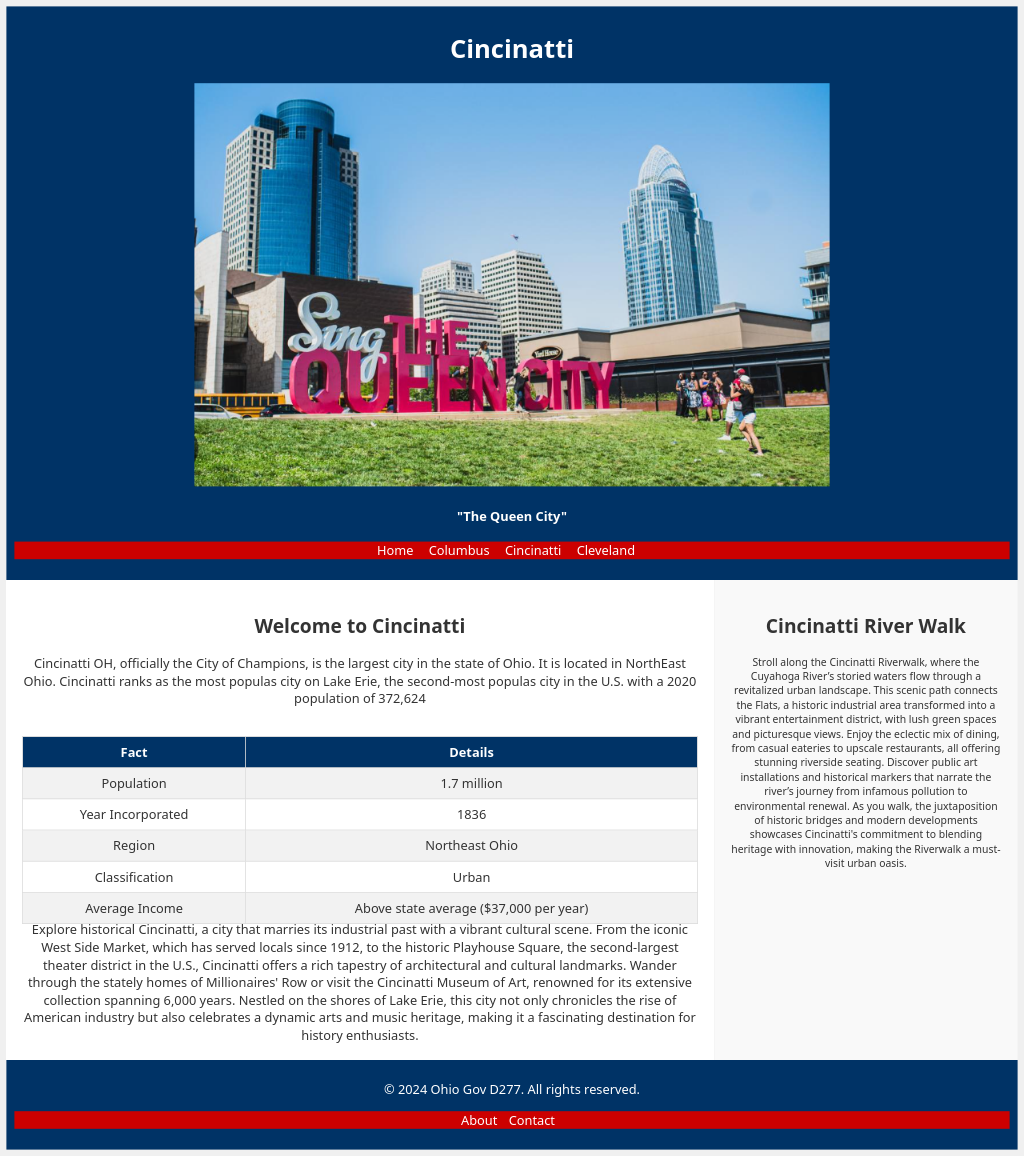
Repository: MikeeBuilds/FEWD-task1
Page: cincinatti.html
The author's editor kept a copy of each file at every save. The page is drawn from the files as they stood at one save, then again after the next save.
The browser window is 1280 px wide. The pictures show the whole page, at 80% of full size.

Above is the page before, as saved 2024-07-02 20:06:29.

After the next save:
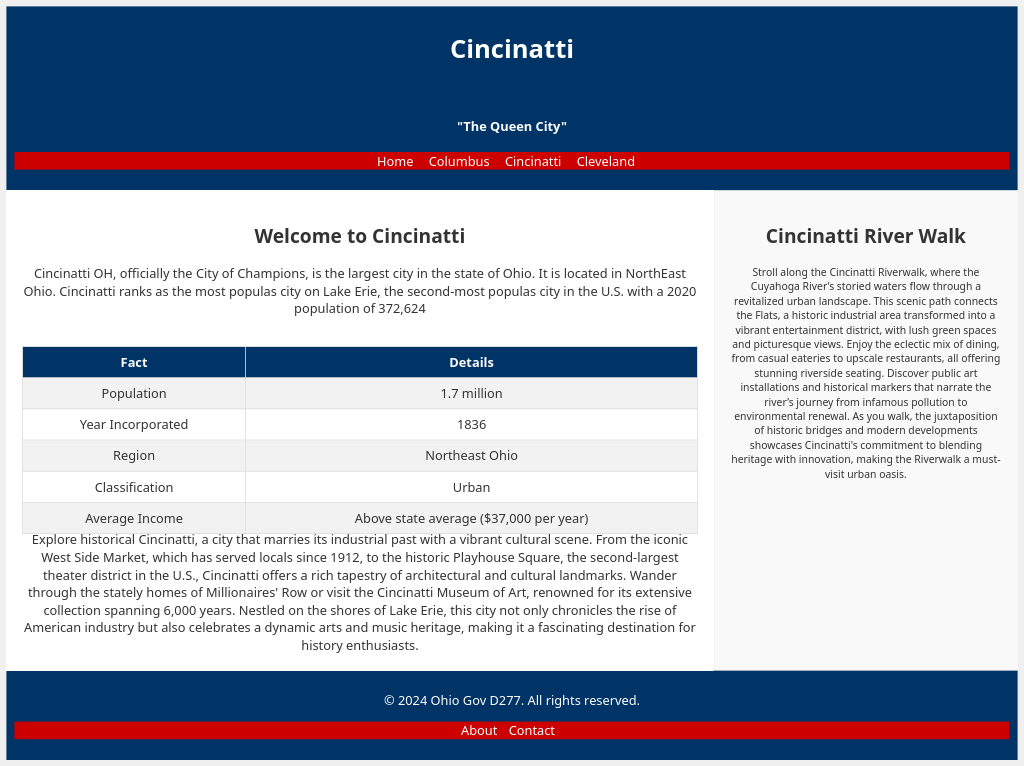
Saved 28 s later.
--- a/style.css
+++ b/style.css
@@ -173,7 +173,7 @@
     height: auto;
 }
 
-#cincinnati {
+#cincinatti {
     width: 0%;
     height: auto;
 }

After the save that followed:
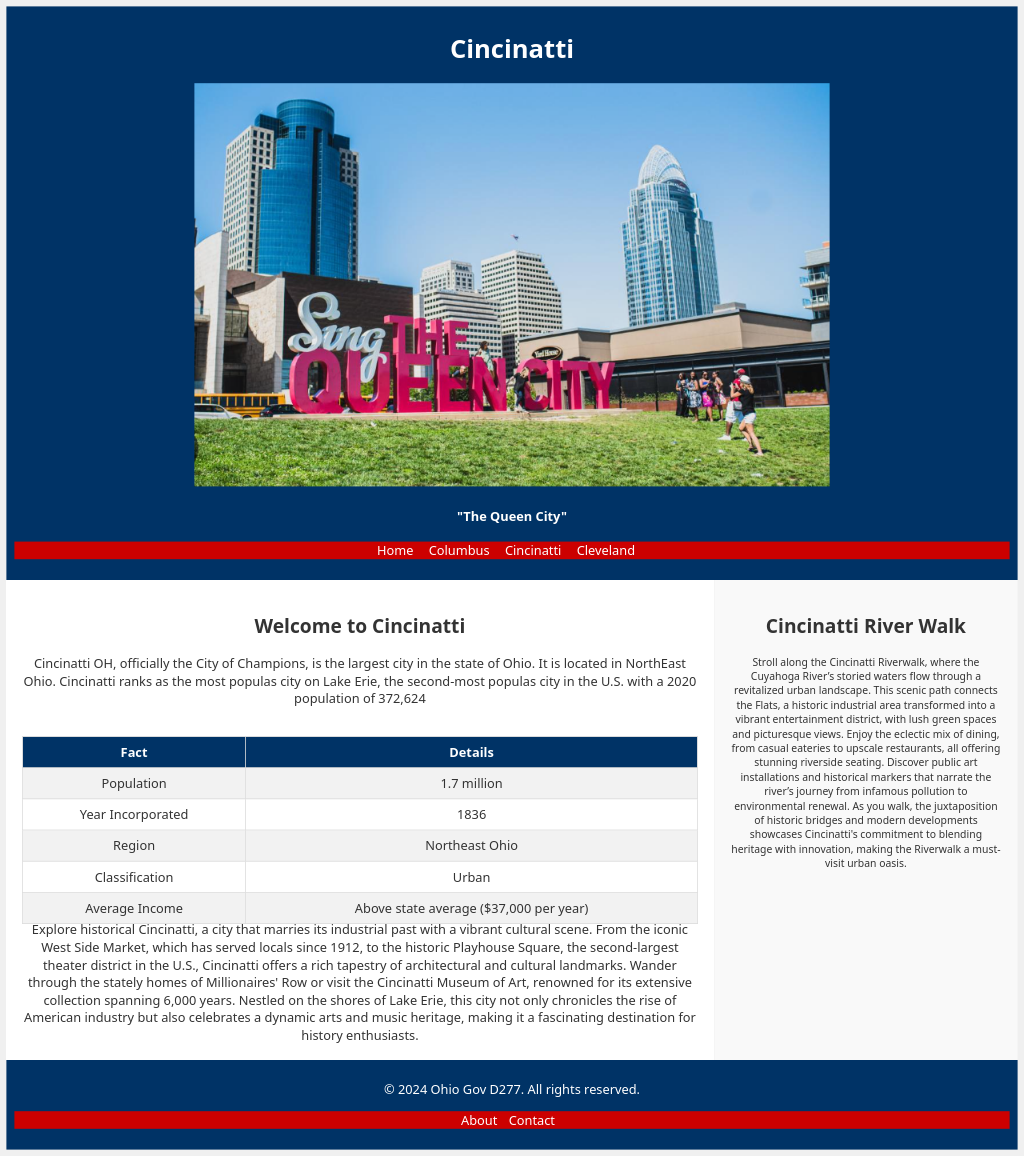
Saved 8 s later.
--- a/style.css
+++ b/style.css
@@ -173,7 +173,7 @@
     height: auto;
 }
 
-#cincinatti {
+#cincinnati {
     width: 0%;
     height: auto;
 }
